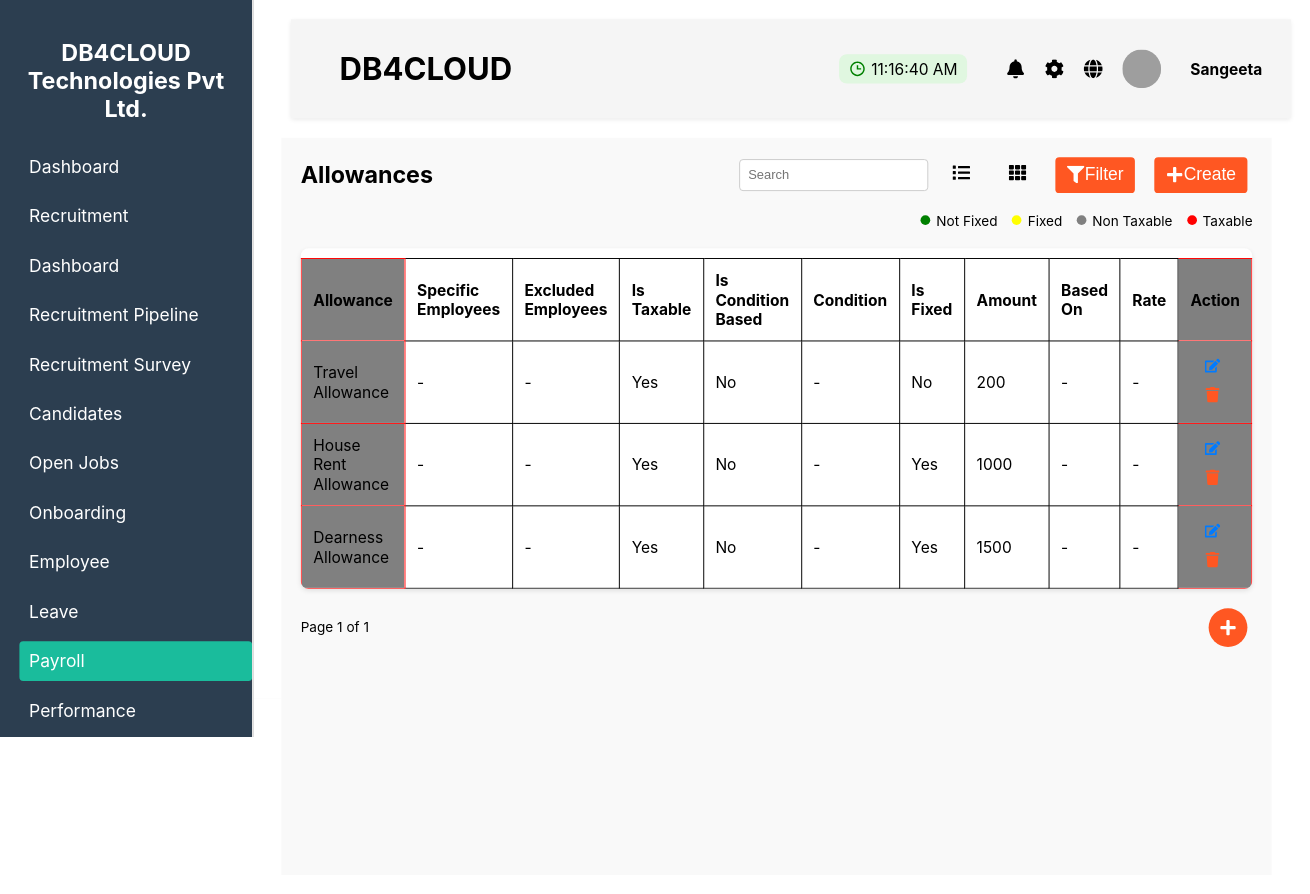
Repository: tinu-ns/Dev-code
Page: /payroll/allowances (app in HRMS-DEMO-Sang/hrms/), after clicking the first element matching `button.view-toggle`
An editor plug-in stored every save of this project. The page is shown before and after the next save, followed by the edit.
The browser window is 1280 px wide. The page is 1351 px wide, so the pictures cover 1351 px, including what lies to the right of the window. The pictures show the whole page, at 97% of full size.
Pictures or frames that could not be fetched are drawn as grey boxes. The project was rebuilt for these pictures with package versions that can differ from the ones it lists, and the page was loaded fresh each time. Also part of the build but not shown: HRMS-DEMO-Sang/hrms/src/components/Dashboard.js, HRMS-DEMO-Sang/hrms/src/components/Recruitment/RecruitmentDashboard.js, HRMS-DEMO-Sang/hrms/src/components/Recruitment/RecruitmentPipeline.js, HRMS-DEMO-Sang/hrms/src/components/Payroll/Contract.js, HRMS-DEMO-Sang/hrms/src/components/Payroll/Deductions.js, HRMS-DEMO-Sang/hrms/src/components/Payroll/Payslips.js, HRMS-DEMO-Sang/hrms/src/components/Payroll/PayrollDashboard.js, HRMS-DEMO-Sang/hrms/src/components/MainContent.css and 3 more.

Above is the page before, as saved 2024-11-06 17:27:27.

### HRMS-DEMO-Sang/hrms/src/App.js
import React from 'react';
import { BrowserRouter as Router, Route, Routes, Navigate } from 'react-router-dom';
import Sidebar from './components/Sidebar';
import Dashboard from './components/Dashboard';
import RecruitmentDashboard from './components/Recruitment/RecruitmentDashboard';
import RecruitmentPipeline from './components/Recruitment/RecruitmentPipeline';
import Allowances from './components/Payroll/Allowances';
import Contract from './components/Payroll/Contract';
import Deductions from './components/Payroll/Deductions';
import Payslips from './components/Payroll/Payslips';
import PayrollDashboard from './components/Payroll/PayrollDashboard';
import Header from './components/Header';
import MainContent from './components/MainContent';
import RightSidebar from './components/RightSidebar';

import './App.css';

function App() {
  return (
    <Router>
      <div className="app">
        <Sidebar />
        <div className="content-container">
          <Header />
          <div className="main-section">
            <Routes>
              {/* Main Dashboard Route */}
              <Route path="/" element={<><MainContent /><RightSidebar /></>} />
              <Route path="/dashboard" element={<Dashboard />} />

              {/* Recruitment Section */}
              <Route path="/recruitment/dashboard" element={<RecruitmentDashboard />} />
              <Route path="/recruitment/pipeline" element={<RecruitmentPipeline />} />

              {/* Payroll Section Routes */}
              <Route path="/payroll/payroll-dashboard" element={<PayrollDashboard />} />
              <Route path="/payroll/allowances" element={<Allowances />} />
              <Route path="/payroll/contract" element={<Contract />} />
              <Route path="/payroll/deductions" element={<Deductions />} />
              <Route path="/payroll/payslips" element={<Payslips />} />

              {/* Redirect unknown routes to main dashboard */}
              <Route path="*" element={<Navigate to="/" />} />
            </Routes>
          </div>
        </div>
      </div>
    </Router>
  );
}

export default App;

### HRMS-DEMO-Sang/hrms/src/components/Sidebar.js
import React, {useState} from "react";
import { NavLink } from "react-router-dom";

import "./Sidebar.css"
const Sidebar = () => {
  const [isPayrollOpen, setIsPayrollOpen] = useState(false);
  const togglePayrollMenu = () => {
    setIsPayrollOpen(!isPayrollOpen);
  };


  return (
    <div className="container">
    <div className="sidebar">
      <h2>DB4CLOUD Technologies Pvt Ltd.</h2>
      <ul className="sidebar-list">
      <li>
          <NavLink to="/dashboard" activeClassName="active">
            Dashboard
          </NavLink>
        </li>
        <li>
          <NavLink to="/recruitment" activeClassName="active">
            Recruitment
          </NavLink>
          <ul>
            <li><NavLink to="/recruitment/dashboard">Dashboard</NavLink></li>
            <li><NavLink to="/recruitment/pipeline">Recruitment Pipeline</NavLink></li>
            <li><NavLink to="/recruitment/survey">Recruitment Survey</NavLink></li>
            <li><NavLink to="/recruitment/candidates">Candidates</NavLink></li>
            <li><NavLink to="/recruitment/open-jobs">Open Jobs</NavLink></li>
          </ul>
        </li>
        {/* Add more items as needed */}
        <li>
          <NavLink to="/onboarding" activeClassName="active">
            Onboarding
          </NavLink>
        </li>
        <li>
          <NavLink to="/employee" activeClassName="active">
            Employee
          </NavLink>
        </li>
        <li>
          <NavLink to="/leave" activeClassName="active">
            Leave
          </NavLink>
        </li>
            {/* Payroll section */}
        <li>
          <NavLink to="/payroll" activeClassName="active" className="menu-toggle" onClick={togglePayrollMenu}>
            Payroll
          </NavLink>

          {isPayrollOpen && (
            <ul className="submenu">
              <li><NavLink to="/payroll/payroll-dashboard">Dashboard</NavLink></li>
              <li><NavLink to="/payroll/allowances">Allowances</NavLink></li>
              <li><NavLink to="/payroll/contract">Contracts</NavLink></li>
              <li><NavLink to="/payroll/deductions">Deductions</NavLink></li>
              <li><NavLink to="/payroll/payslips">Payslips</NavLink></li>
              <li><NavLink to="/payroll/payroll">Payroll</NavLink></li>
              <li><NavLink to="/payroll/loan-advance-salary">Loan / Advance Salary</NavLink></li>
              <li><NavLink to="/payroll/encashments-reimbursements">Encashments & Reimbursements</NavLink></li>
              <li><NavLink to="/payroll/federal-tax">Federal Tax</NavLink></li>
            </ul>
          )}
        </li>
        <li>
          <NavLink to="/performance" activeClassName="active">
            Performance
          </NavLink>
        </li>
        <li>
          <NavLink to="/offboarding" activeClassName="active">
            Offboarding
          </NavLink>
        </li>
        <li>
          <NavLink to="/assets" activeClassName="active">
            Assets
          </NavLink>
        </li>
        <li>
          <NavLink to="/help-desk" activeClassName="active">
            Help Desk
          </NavLink>
        </li>
        <li>
          <NavLink to="/configuration" activeClassName="active">
            Configuration
          </NavLink>
        </li>
      </ul>
    </div>

    </div>
  );
};

export default Sidebar;

### HRMS-DEMO-Sang/hrms/src/components/Header.js
import React, {useState,useEffect} from 'react'
import {FaBell, FaCog, FaGlobe, FaSignOutAlt} from 'react-icons/fa'
import {BiTime} from 'react-icons/bi'
import './Header.css'

const Header = () => {
    const [currentTime, setCurrentTime] = useState('')
    const [showDropdown, setShowDropdown] = useState(false);

    const getCurrentTime = () => {
        const now = new Date()
        return now.toLocaleTimeString()   // Returns time as HH:MM:SS
    }

// Update time every second
useEffect(() => {
    const timer = setInterval(() => {
      setCurrentTime(getCurrentTime());
    }, 1000); // Update every 1000ms (1 second)

    // Cleanup interval on component unmount
    return () => clearInterval(timer);
  }, []); // Empty dependency array to run only on mount/unmount


    const toggleDropdown = () => {
        setShowDropdown(!showDropdown)
    }


  return (
    <header className='bg-container'>
      <div className='header'>
        <div className="header-left">
        <button className='menu-button'></button>
        <h1>DB4CLOUD</h1>
        </div>

        <div className="header-right">
          {/*  <p>You cannot mark attendence from this network</p> */}

                {/* Time display*/ }
                <div className="time-box">
                    <BiTime className='time-icon' />
                    <span>{currentTime}</span>
                </div>

                {/*Icons for notificatins, settings, etc. */}
                <FaBell className='icon' title='Notifications' />
                <FaCog className="icon" title="Settings" />
                <FaGlobe className='icon' title='Language' />

                {/* User Profile with dropdown*/ }

                <div className="user-profile" onClick={toggleDropdown}>
                    <div className="user-avatar">
                    < img src="https://th.bing.com/th/id/OIP.Pgv1PargHCECE7gCB5kJ-wHaKx?rs=1&pid=ImgDetMain"
                alt="user-Avatar" className="avatar" />
                    </div>
                    <span className="user-name">Sangeeta</span>

{showDropdown && (
    <div className="dropdown">
        <ul>
            <li>Profile</li>
            <li>Setting</li>
            <li>
                <FaSignOutAlt /> Logout
            </li>
        </ul>
    </div>
)}

</div>

     {  /*      <div className="user-info">
                <span className='user-name'>Shalu</span>
                < img src="https://th.bing.com/th/id/OIP.Pgv1PargHCECE7gCB5kJ-wHaKx?rs=1&pid=ImgDetMain"
                alt="user-Avatar" className="avatar" />
            </div>
            */ }
        </div>


      </div>

    </header>
  )
}

export default Header

### HRMS-DEMO-Sang/hrms/src/App.css
.app{
  display: flex;
  height: 100vh;
  background-color: #f4f4f4;
}

.content-container{
  flex-grow: 1;
  padding: 20px;
  background-color: #fff;
  margin-left: 200px;
  display: flex;
  flex-direction: column;

}

.main-section{
  display: flex;
  justify-content: space-between;
  padding: 20px;
}


.sidebar {
  width: 220px;
  background-color: #2c3e50;
  position: fixed;
  height: 100vh;
}

### HRMS-DEMO-Sang/hrms/src/components/Sidebar.css
 .container{
    display: flex;
    height: 100vh;
    margin-right: 50px;
}

/*
.content{
    flex-grow: 1;
    padding: 20px;
    padding-left: 50px;

}  */

.sidebar {
    width: 220px;
    height: 100vh;
    background-color: #503f2c;
    padding: 20px;
    color: white;
    height: 100vh;
    position: fixed;
    border-right: 2px solid #ddd;
    overflow-y: auto;        /* Allows vertical scrolling */
    position: fixed;
    margin-right: 200px;        /* Keeps sidebar fixed on the left side */

  }



  .sidebar h2{
    text-align: center;
    margin-bottom: 30px;
    font-size: 24px;
  }

  .sidebar-list{
    list-style-type: none;
    padding: 0;
  }


  .sidebar-list li{
    margin-bottom: 15px;
  }

  .sidebar-list li a {
    color: white;
    text-decoration: none;
    font-size: 18px;
    padding: 10px;
    border-radius: 4px;
    display: block;
  }

  .sidebar-list li a:hover{
    color: #1abc9c;
  }

  .sidebar-list li a.active{
    background-color: #1abc9c;
    color: white;
  }

  .sidebar {
    width: 250px;
    background-color: #2E3A46;
    color: #FFF;
    padding: 20px;
    height: 100vh;
  }

  .sidebar h2 {
    font-size: 1.5em;
    margin-bottom: 1em;
  }

  .sidebar ul {
    list-style: none;
    padding: 0;
  }

  .sidebar li {
    margin: 10px 0;
  }

  .sidebar li ul {
    margin-top: 5px;
  }

  .sidebar a {
    color: #FFF;
    text-decoration: none;
  }

  .sidebar a:hover {
    text-decoration: underline;
  }

  .sidebar a.active {
    color: #20c997;
  }

  .sidebar ul li a:hover, .menu-toggle:hover {
    background-color: #34495e;
  }

  .menu-toggle {
    background: none;
    border: none;
    color: #ecf0f1;
    font-size: 1rem;
    text-align: left;
    cursor: pointer;
    width: 100%;
    padding: 10px;
  }

  .submenu {
    list-style-type: none;
    padding-left: 20px;
  }

  .submenu li a {
    padding-left: 20px;
    font-size: 0.9rem;
  }

### HRMS-DEMO-Sang/hrms/src/components/Recruitment/RecruitmentPipeline.css
.pipeline-container {
    padding: 20px;
    background-color: #f5f5f5;
    border-radius: 8px;
  }

  .pipeline-section {
    margin-top: 20px;
  }

  .pipeline-section h3 {
    background-color: #f8f9fa;
    padding: 10px;
    border-left: 5px solid #ffa500;
  }

  .recruitment-table {
    width: 100%;
    border-collapse: collapse;
  }

  .recruitment-table th,
  .recruitment-table td {
    padding: 10px;
    border-bottom: 1px solid #ddd;
    text-align: left;
  }

  .recruitment-table th {
    background-color: #f1f1f1;
  }

  button {
    padding: 5px 10px;
    margin: 0 5px;
    border: none;
    border-radius: 4px;
    cursor: pointer;
  }

  button:hover {
    background-color: #ddd;
  }

### HRMS-DEMO-Sang/hrms/src/components/Payroll/Allowances.css
.allowances-container {
    padding: 20px;
    background-color: #f9f9f9;
    width: 100%;
    height: 100vh;
  }

  .allowances-header {
    display: flex;
    justify-content: space-between;
    align-items: center;
    margin-bottom: 20px;
  }

  .allowances-header h2 {
    margin: 0;
    font-size: 24px;
  }

  .controls {
    display: flex;
    align-items: center;
    gap: 10px;
  }

  .search-input {
    padding: 8px;
    border: 1px solid #ccc;
    border-radius: 4px;
  }

  .view-toggle, .filter-btn, .create-btn {
    background: none;
    border: none;
    font-size: 18px;
    cursor: pointer;
  }

  .filter-btn, .create-btn {
    display: flex;
    align-items: center;
    padding: 8px 12px;
    background-color: #ff5722;
    color: white;
    border-radius: 4px;
    cursor: pointer;
  }

  .status-indicators {
    display: flex;
    gap: 15px;
    font-size: 14px;
    margin-top: 10px;
    margin-bottom: 20px;
    justify-content: end;
  }

  .dot {
    display: inline-flex;
    align-items: center;
  }

  .dot::before {
    content: '';
    display: inline-block;
    width: 10px;
    height: 10px;
    margin-right: 6px;
    border-radius: 50%;
  }

  .not-fixed::before {
    background-color: green;
  }

  .fixed::before {
    background-color: yellow;
  }

  .non-taxable::before {
    background-color: gray;
  }

  .taxable::before {
    background-color: red;
  }

  .card-view {
    display: flex;
    gap: 20px;
    flex-wrap: wrap;

  }

  .allowance-card {
    background: white;
    border: 1px solid #ddd;
    border-radius: 8px;
    padding: 15px;
    width: 200px;
    box-shadow: 0 2px 5px rgba(0, 0, 0, 0.1);
    border-left: 3px solid rgb(255, 165, 0);
  }

  .card-icon {
    font-size: 20px;
    font-weight: bold;
    background: #e0e0e0;
    width: 40px;
    height: 40px;
    display: flex;
    align-items: center;
    justify-content: center;
    border-radius: 50%;
    margin-bottom: 10px;

  }

  .card-content h3 {
    margin: 0;
    font-size: 18px;
  }

  .card-content p {
    margin: 5px 0;
  }

  .list-view {
    background: white;
    border-radius: 8px;
    overflow: hidden;
    box-shadow: 0 2px 5px rgba(0, 0, 0, 0.1);
  }

  table {
    width: 100%;
    border-collapse: collapse;
  }

  table th, table td {
    padding: 12px;
    text-align: left;
    border-bottom: 1px solid #ddd;
    border: 1px solid;
  }

  .table td{

  }

  .sticky-column {
    position: sticky;
    left: 0;
    background-color: gray;
    box-shadow: 2px 0 5px rgba(0, 0, 0, 0.1);
    z-index: 1;
    border: 1px solid red;

  }

  td.sticky-column {
    box-shadow: 2px 0 5px rgba(0, 0, 0, 0.1);
  }

  .edit-btn, .delete-btn {
    background: none;
    border: none;
    cursor: pointer;
    font-size: 16px;
    margin-right: 8px;
  }

  .edit-btn {
    color: #007bff;
  }

  .delete-btn {
    color: #ff5722;
  }

  .footer {
    display: flex;
    justify-content: space-between;
    align-items: center;
    padding-top: 20px;
  }

  .footer span {
    font-size: 14px;
  }

  .add-btn {
    background-color: #ff5722;
    color: white;
    font-size: 18px;
    width: 40px;
    height: 40px;
    border: none;
    border-radius: 50%;
    display: flex;
    align-items: center;
    justify-content: center;
    cursor: pointer;
  }

### HRMS-DEMO-Sang/hrms/src/components/Payroll/PayrollDashboard.css
/* PayrollDashboard.css */
.payroll-dashboard {
  padding: 20px;
}

.status-containers {
  display: flex;
  justify-content: space-between;
  margin-bottom: 20px;
}

.status-container {
  background-color: #f0f0f0;
  border: 1px solid #ccc;
  padding: 10px;
  text-align: center;
  width: 18%;
}

.paid {
  background-color: #d4edda;
}
.confirmed {
  background-color: #cce5ff;
}
.review {
  background-color: #fff3cd;
}
.draft {
  background-color: #f8d7da;
}


.export-buttons {
  display: flex;
  gap: 10px;
  padding: 10px;
  text-align: center;
  cursor: pointer;
  width: 100px;


}

.export{
    color: #28a745;
    font-size: 15px;
    padding: 10px 15px;
    font-weight: 700;
    cursor: pointer;
    font-size: 15px;
    background-color:  #e3e8eb;
    border-radius: 5px;
    border: none;
}

.export:hover {
    background-color: rgb(152, 225, 152);
  }

.export-form {
  margin-top: 20px;
  border: 1px solid #ccc;
  padding: 20px;
  background-color: #f9f9f9;
  border: 1px solid #ccc;
  border-radius: 5px;
  width: 40%;
  display: flex;
  flex-direction: column;
  box-shadow: 0px 4px 8px rgba(0, 0, 0, 0.1);
}

.form-row {
    display: flex;
    gap: 20px;
    margin-bottom: 10px;
  }

  .form-group {
    display: flex;
    flex-direction: column;
    flex: 1;
  }

  .form-group label {
    margin-bottom: 5px;
    font-size: 14px;
    color: #333;
    font-weight: bold;
  }

.export-form label {
  display: block;
  margin-bottom: 10px;
}

.export-form input,
.export-form select {
    padding: 8px;
  border: 1px solid #ccc;
  border-radius: 5px;
}

.export-form button {
  margin-top: 10px;
  padding: 10px;
  background-color: #28a745;
  color: white;
  border: none;
  cursor: pointer;
}

.submit-button:hover {
    background-color: #218838;
  }

.status {
  display: flex;
  justify-content: space-around;
  gap: 20px;
}

.status-item {
  background-color: #f5f5f5;
  padding: 20px;
  width: 200px;
  text-align: center;
  border-radius: 8px;
  margin-bottom: 20px;
  box-shadow: 0px 4px 8px rgba(0, 0, 0, 0.1);
  border-top: 1px solid green;
}

.row-container {
  display: flex;
  align-items: center;
  justify-content: space-between; /* Space between calendar and export button */
  margin-bottom: 20px;
  background-color: #d4edda;
  text-align: center;
  align-self: center;


}

.calendar-container {
    margin-bottom: 20px;
  }


.date-selector {
  display: flex;
  flex-direction: row;
  padding: 10px;
}

.date-selector label {
  font-size: 14px;
  margin-bottom: 5px;
  margin-right: 10px;
  color: rgb(121, 5, 5);
  font-weight: bold;
  text-align: center;
}

.date-selector input[type="month"] {
  padding: 5px;
  border: 1px solid #ccc;
  border-radius: 5px;
  box-shadow: 0px 4px 8px rgba(0, 0, 0, 0.1);
}

.dashboard-content {
  display: grid;
  grid-template-columns: 1fr 1fr;
  gap: 20px;
}

.employee-payslips,
.contributions,
.contracts-ending,
.department-chart {
  background-color: #ffffff;
  border: 1px solid #e0e0e0;
  border-radius: 8px;
  padding: 20px;
}

.employee-payslips h3,
.contributions h3,
.contracts-ending h3,
.department-chart h3 {
  font-size: 16px;
  color: #333333;
  margin-bottom: 10px;
  text-align: center;
  padding-bottom: 10px;
}

.payslip-chart,
.chart-placeholder {
  height: 200px;
  background-color: hsl(335, 23%, 90%);
  border-radius: 8px;
  display: flex;
  align-items: center;
  justify-content: center;
}


.payslip-chart {
    height: 300px;
    border-radius: 8px;
    display: flex;
    align-items: center;
    justify-content: center;
    padding: 10px;
  }

  .contributions {
    margin-top: 20px;
  }


.employee-dropdown {
  width: 100%;
  padding: 8px;
  margin-bottom: 20px;
  border: 1px solid #ccc;
  border-radius: 5px;
}

table {
  width: 100%;
  border-collapse: collapse;
  margin-top: 10px;
}

th,
td {
  padding: 8px;
  text-align: left;
  border-bottom: 1px solid #ddd;
}

.avatar {
    display: inline-flex;
    align-items: center;
    justify-content: center;
    width: 30px;
    height: 30px;
    border-radius: 50%;
    background-color: #007bff;
    color: white;
    font-weight: bold;
    margin-right: 8px;
    font-size: 14px;
}

.no-contracts {
  text-align: center;
  color: #777;
  font-style: italic;
}

.department-chart {
    background-color: #ffffff;
    border: 1px solid #e0e0e0;
    border-radius: 8px;
    padding: 20px;
    text-align: center;
  }

  .department-chart h3 {
    font-size: 16px;
    color: #333333;
    margin-bottom: 10px;
  }

  .department-chart canvas {
    max-width: 300px; /* Adjust size if needed */
    margin: 0 auto;
  }

  .contracts-ending {
    background-color: #ffffff;
    border: 1px solid #e0e0e0;
    border-radius: 8px;
    padding: 20px;
    box-shadow: 0px 4px 8px rgba(0, 0, 0, 0.1);
    margin-bottom: 20px;
  }

  .contracts-header {
    display: flex;
    flex-direction: column;
    align-items: flex-start;
    margin-bottom: 15px;
  }

  .contracts-header h3 {
    font-size: 16px;
    color: #333333;
    margin: 0;
  }

  .contract-count {
    color: #888;
    font-size: 14px;
  }

  .contract-list {
    display: flex;
    flex-direction: column;
    gap: 10px;
  }

  .contract-item {
    display: flex;
    align-items: center;
    gap: 10px;
    padding: 10px;
    background-color: #f5f5f5;
    border-radius: 6px;
    transition: background-color 0.3s ease;
  }

  .contract-item:hover {
    background-color: #e8f8ff;
  }

  .contract-circle {
    width: 40px;
    height: 40px;
    background-color: #007bff;
    color: #ffffff;
    font-weight: bold;
    display: flex;
    align-items: center;
    justify-content: center;
    border-radius: 50%;
    font-size: 14px;
  }

  .contract-details {
    display: flex;
    flex-direction: column;
  }

  .employee-name {
    font-weight: 600;
    color: #333;
  }

  .contract-date {
    font-size: 13px;
    color: #555;
  }

### HRMS-DEMO-Sang/hrms/src/components/Header.css
.bg-container{
  padding-left: 30px;

}

.header {
    background-color: #f5f5f5;
    padding: 10px 20px;
    display: flex;
    justify-content: space-between;
    align-items: center;
    box-shadow: 0px 2px 5px rgba(0, 0, 0, 0.1);
  }

  .header-left {
    display: flex;
    align-items: center;
  }

  .menu-button {
    font-size: 24px;
    background: none;
    border: none;
    cursor: pointer;
  }

  .h1{
    margin-left: 15px;
    font-size: 24px;
    color: red! important ;
  }

  .header-right{
    display: flex;
    align-items: center;
  }

  .icon{
    margin-left: 20px;
    font-size: 20px;
    cursor: pointer;
  }

  .time-box {
    display: flex;
    align-items: center;
    background-color: #e0f7e0;
    padding: 5px 10px;
    border-radius: 8px;
    margin-right: 20px;
  }

  .time-icon {
    margin-right: 5px;
    font-size: 18px;
    color: green;
  }

  .user-profile{
    display: flex;
    align-items: center;
    cursor: pointer;
    position: relative;
  }

  .user-avatar{
    padding: 20px;
  }

  .avatar{
    width: 40px;
    height: 40px;
    background-color: #d4d4d4;
    border-radius: 50%;
    display: flex;
    justify-content: center;
    align-items: center;
    font-size: 18px;
    color: white;
    margin-right: 10px;

  }

  .user-name{
    font-weight: bold;
  }

  .dropdown{
    position: absolute;
    top: 50px;
    right: 0;
    background-color: #fff;
    box-shadow: 0px 2px 8px rgba(0, 0, 0, 0.1);
    border-radius: 5px;
    z-index: 100;
  }

  .dropdown ul {
    list-style-type: none;
    padding: 10px;
    margin: 0;
  }

  .dropdown ul li {
    padding: 10px 15px;
    cursor: pointer;
  }

  .dropdown ul li:hover {
    background-color: #f5f5f5;
  }

  .user-info {
    display: flex;
    align-items: center;
  }

  .user-name {
    margin-right: 10px;
  }

Loaded but not shown: HRMS-DEMO-Sang/hrms/public/index.html (common file); HRMS-DEMO-Sang/hrms/src/index.js (common file); HRMS-DEMO-Sang/hrms/src/index.css (common file); HRMS-DEMO-Sang/hrms/src/reportWebVitals.js (common file); HRMS-DEMO-Sang/hrms/src/components/Payroll/Allowances.js (186 lines, source omitted)

After the next save:
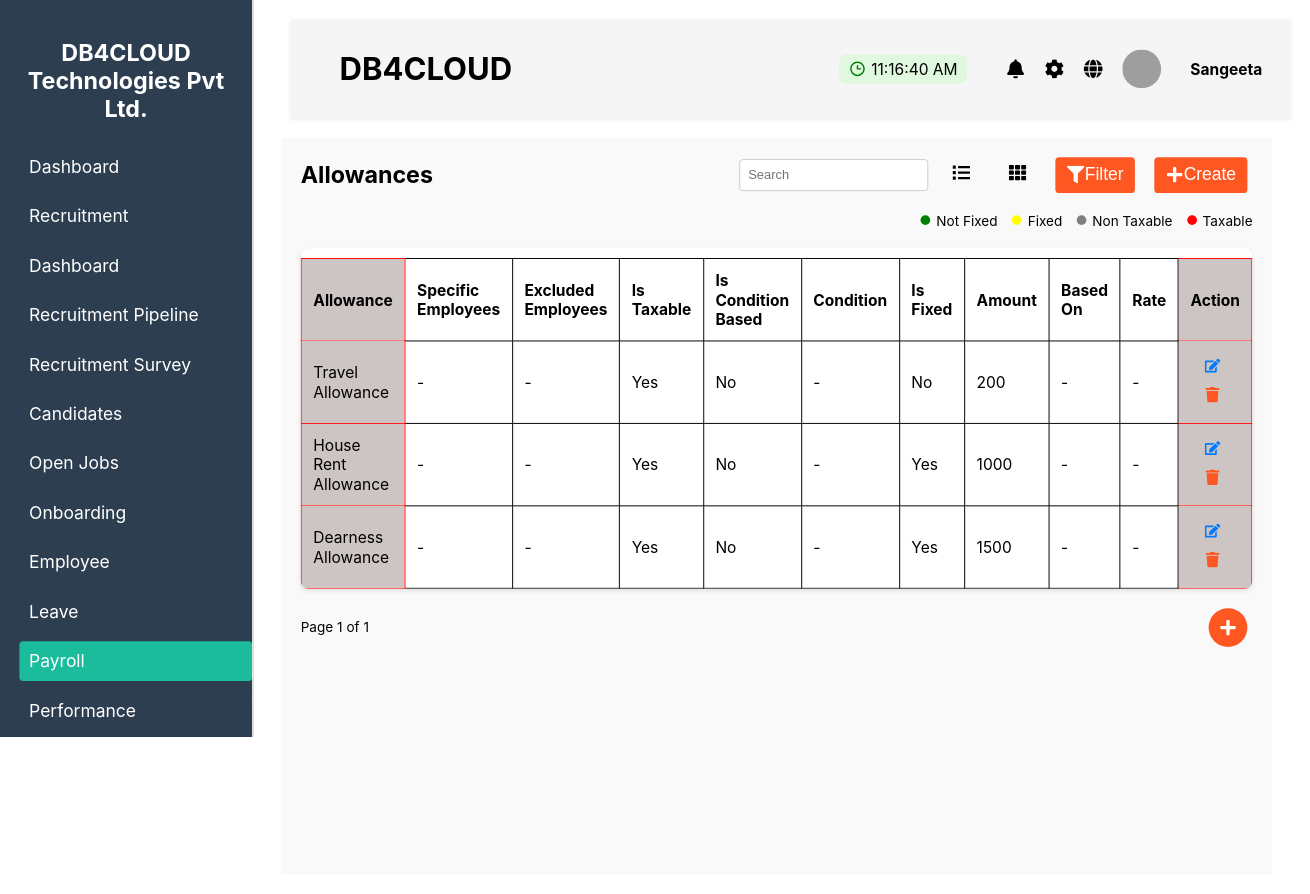
Saved 9 s later.
--- a/HRMS-DEMO-Sang/hrms/src/components/Payroll/Allowances.css
+++ b/HRMS-DEMO-Sang/hrms/src/components/Payroll/Allowances.css
@@ -151,7 +151,7 @@
   .sticky-column {
     position: sticky;
     left: 0;
-    background-color: gray;
+    background-color: rgb(205, 196, 196);
     box-shadow: 2px 0 5px rgba(0, 0, 0, 0.1);
     z-index: 1;
     border: 1px solid red;
